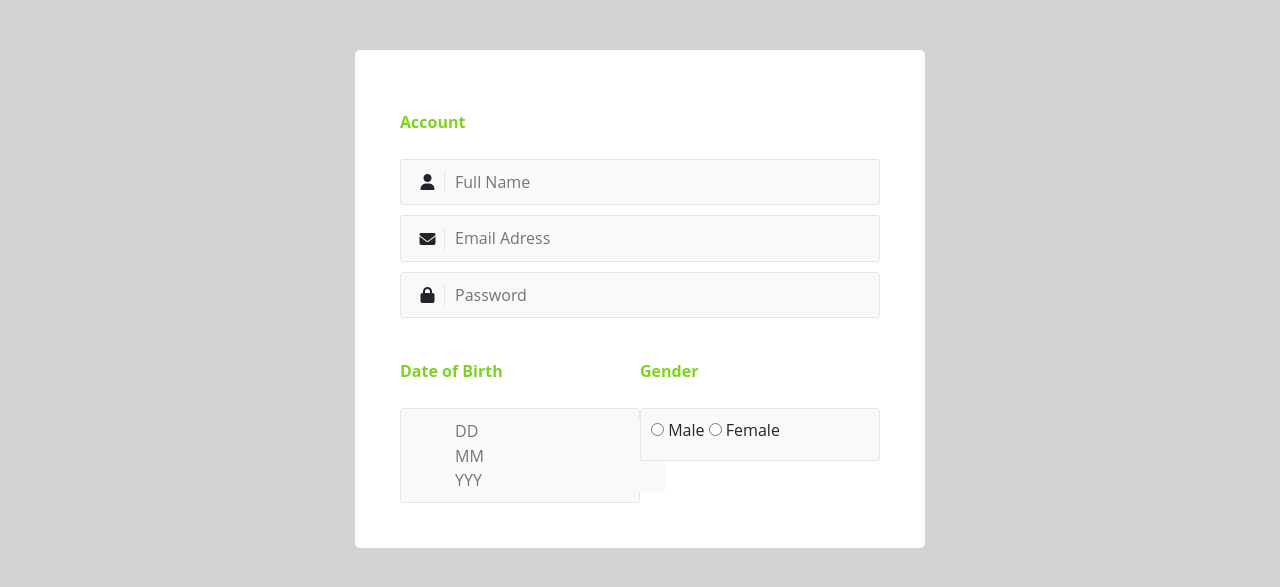
Repository: letrongtinh27/LapTrinhWeb
Page: Payment/index.html
An editor plug-in stored every save of this project. The page is shown before and after the next save, followed by the edit.
The browser window is 1280 px wide. The pictures show the whole page.

Above is the page before, as saved 2022-10-11 21:09:57.

### Payment/index.html
<!DOCTYPE html>
<html lang="en">
<head>
    <meta charset="UTF-8">
    <meta http-equiv="X-UA-Compatible" content="IE=edge">
    <meta name="viewport" content="width=device-width, initial-scale=1.0">
    <title>Document</title>
    <link rel="stylesheet" href="./reset.css">
    <link rel="stylesheet" href="./style.css">
    <link rel="stylesheet" href="https://cdn.jsdelivr.net/npm/bootstrap@4.3.1/dist/css/bootstrap.min.css" integrity="sha384-ggOyR0iXCbMQv3Xipma34MD+dH/1fQ784/j6cY/iJTQUOhcWr7x9JvoRxT2MZw1T" crossorigin="anonymous">
    <link rel="stylesheet" href="https://cdnjs.cloudflare.com/ajax/libs/font-awesome/6.2.0/css/all.min.css" integrity="sha512-xh6O/CkQoPOWDdYTDqeRdPCVd1SpvCA9XXcUnZS2FmJNp1coAFzvtCN9BmamE+4aHK8yyUHUSCcJHgXloTyT2A==" crossorigin="anonymous" referrerpolicy="no-referrer" />
</head>
<body>
    <div class="payment">
        <form action="#" class="form-payment">
            <h4 class="title">Account</h4>
            <div class="form-group">
            <div class="form-item">
                <input type="text" placeholder="Full Name">
                <div class="icon icon-name">
                    <i class="fa-solid fa-user"></i>
                </div>
            </div>
            <div class="form-item">
                <input type="email" placeholder="Email Adress">
                <div class="icon icon-email">
                    <i class="fa-solid fa-envelope"></i>
                </div>
            </div>
            <div class="form-item">
                <input type="password" placeholder="Password">
                <div class="icon icon-pass">
                    <i class="fa-solid fa-lock"></i>
                </div>
            </div>
        </div>
        <div class="form-group2">
                <div class="group-left">
                <h4 class="title">Date of Birth</h4>
                <div class="form-item">
                    <input type="number" placeholder="DD">
                    <input type="number" placeholder="MM">
                    <input type="number" placeholder="YYY">
                </div>
            </div>
            <div class="group-right">
                <h4 class="title">Gender</h4>
                <div class="form-item">
                    <input type="radio" placeholder="DD">
                    <label for="">Male</label>
                    <input type="radio" placeholder="MM">
                    <label for="">Female</label>
                </div>
            </div>
        </div>

            <!-- <div class="form-item">
                <div class="card">
                    <input type="radio"> Credit Card
                    <i class="fa-brands fa-cc-visa"></i>
                </div>
                <div class="card">
                    <input type="radio"> Paypal
                    <i class="fa-brands fa-cc-paypal"></i>
                </div>
                </div> -->
                <!-- <div class="form-item">
                    <input type="text" placeholder="Card Number">
                    <div class="icon icon-card">
                        <i class="fa-solid fa-credit-card"></i>
                    </div>
                </div> -->
                <!-- <div class="form-item">
                   <div class="left">
                    <select name="" id="">
                        <option value="">01 Jan</option>
                        <option value="">02 Jan</option>
                    </select>
                    <select name="" id="">
                        <option value="">2015</option>
                        <option value="">2016</option>
                    </select>
                   </div>
                </div> -->
                <!-- <div class="form-item">
                    <h4 class="title">Terms and Conditions</h4>
                    <input type="radio">
                    <label for="">I accept the term and conditions for signing up to this service, and here by confirm i have read the privacy policy.</label>
                </div> -->
        </form>
    </div>
</body>
</html>

### Payment/style.css
/* https://codepen.io/josecarneiro/pen/Kwbapp @import: "libs/base.less"; */
body {
    font-family: 'Open Sans',sans-serif !important;
    background-color: lightgray !important;
}
.payment{
    width: 100%;
    max-width: 570px;
    margin: 50px auto;
    justify-content: center;
    align-items: center;
    display: flex;
    border-radius: 5px;
    background-color: #fff;
    padding: 35px 45px;
}
.form-payment{
    font-family: 'Open Sans',sans-serif;
}
.title{
    color: #7ed321;
    font-size: 16px;
    font-weight: bold;
    line-height: 1.5;
    margin: 25px 0px;
}
.form-group{
    position: relative;

}
.form-item {
    width: 100%;
    padding: 10px;
    line-height: 1.4;
    border: 1px solid #e5e5e5;
    border-radius: 3px;
    background-color: #f9f9f9;
    margin-bottom: 10px;
}

.form-item > input{
    padding-left: 44px;
    border: 0;
    outline: none;
    background-color: #f9f9f9;
    margin: 0 auto;
}

.icon {
    display: block;
    position: absolute;
    width: 34px;
    text-align: center;
    border-right: 1px solid #e5e5e5;
}
.icon-name{
    top: 12px;
}
.icon-email{
    top: 69px;
}

.icon-pass {
    top: 125px;
}

.icon-card {
    top: 777px;
}

.form-group2 {
    display: block;
    width: 100%;
    height: 125px;
}

.group-left{
    width: 50%;
    float: left;
}
.group-right{
    width: 50%;
    float: left;

}

.card{

}
.right{

}
.left{

}

Loaded but not shown: Payment/reset.css (common file)

After the next save:
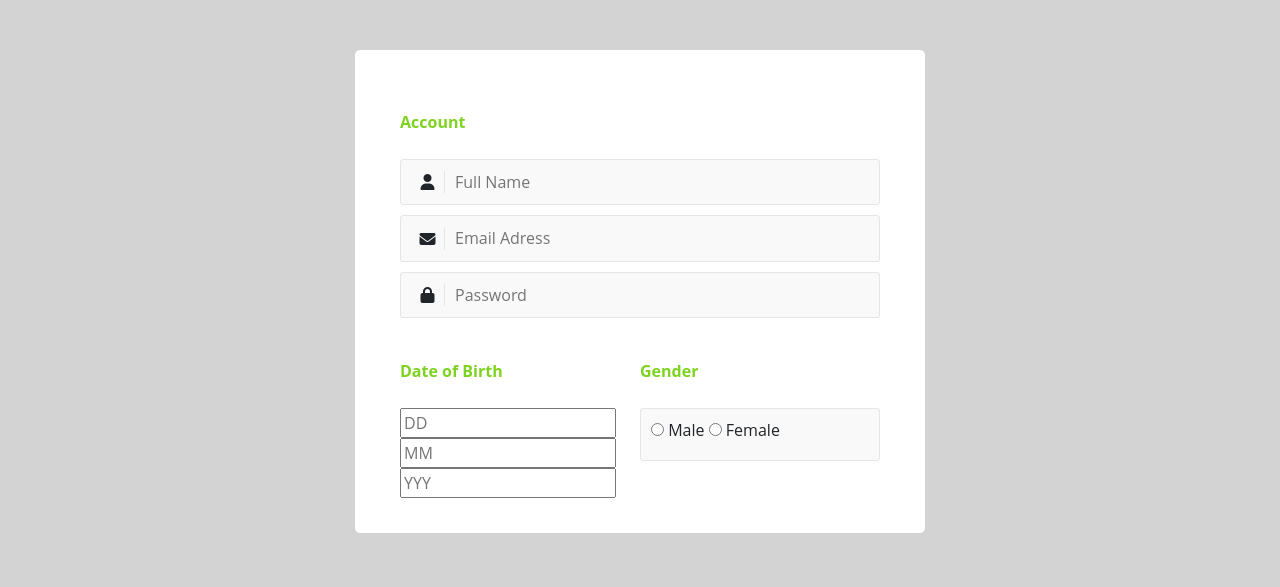
Saved 107 s later.
--- a/Payment/index.html
+++ b/Payment/index.html
@@ -37,7 +37,7 @@
         <div class="form-group2">
                 <div class="group-left">
                 <h4 class="title">Date of Birth</h4>
-                <div class="form-item">
+                <div class="form-item-date">
                     <input type="number" placeholder="DD">
                     <input type="number" placeholder="MM">
                     <input type="number" placeholder="YYY">

After the save that followed:
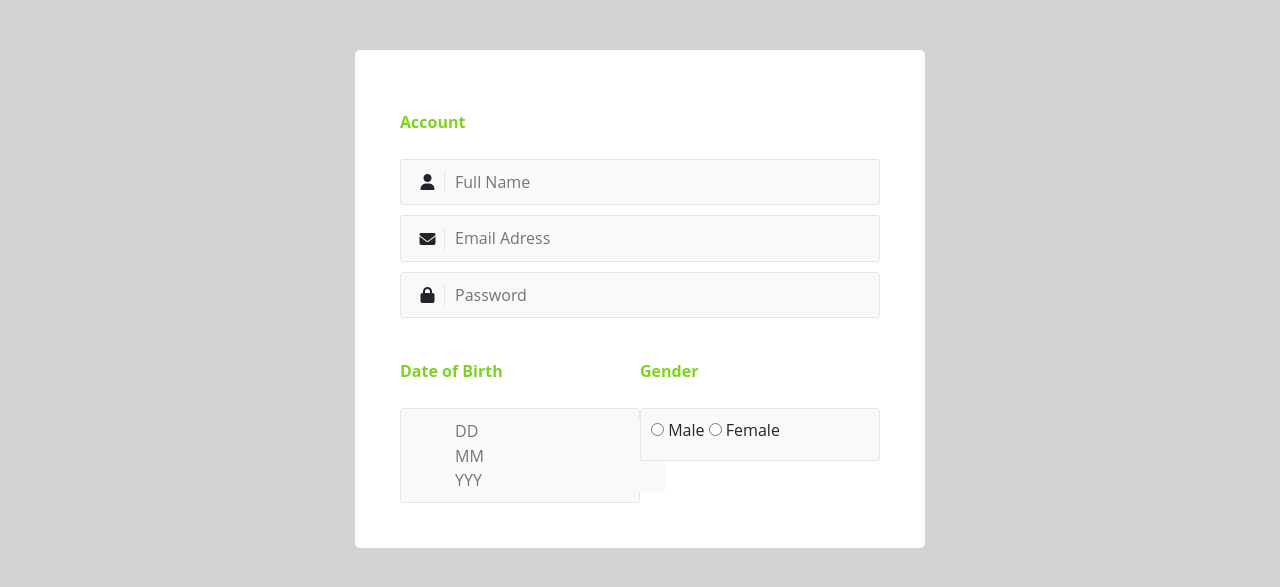
Saved 41 s later.
--- a/Payment/index.html
+++ b/Payment/index.html
@@ -37,7 +37,7 @@
         <div class="form-group2">
                 <div class="group-left">
                 <h4 class="title">Date of Birth</h4>
-                <div class="form-item-date">
+                <div class="form-item">
                     <input type="number" placeholder="DD">
                     <input type="number" placeholder="MM">
                     <input type="number" placeholder="YYY">
